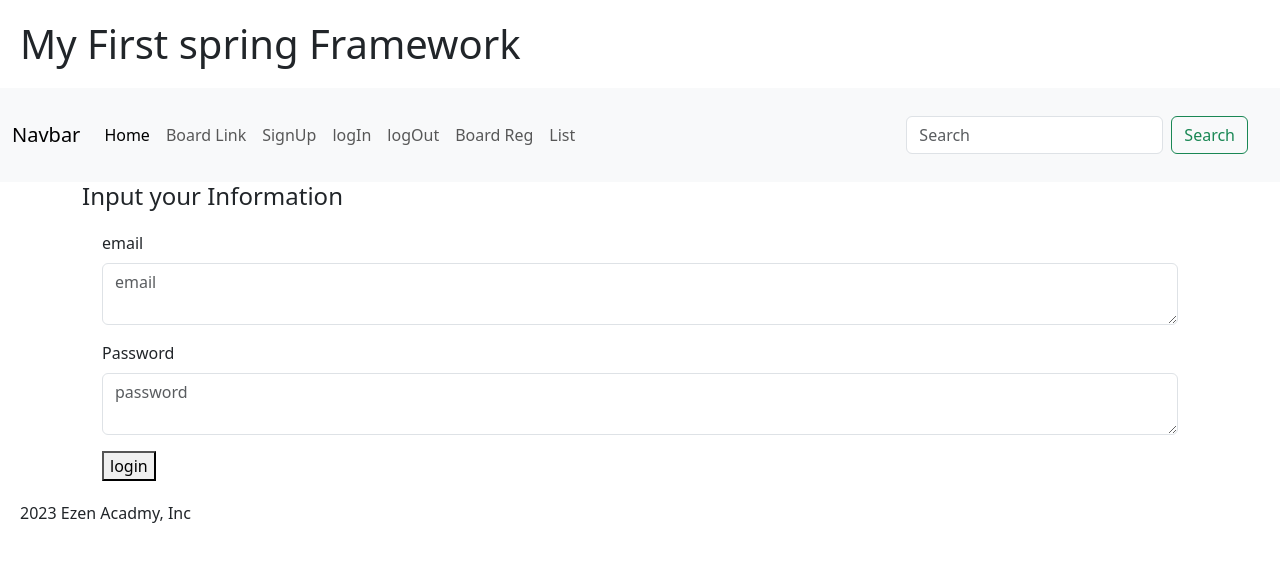
Repository: fbsrb458/link
Page: http://localhost/springProject/WEB-INF/views/member/login.jsp
The author's editor kept a copy of each file at every save. The page is drawn from the files as they stood at one save, then again after the next save.
The browser window is 1280 px wide. The pictures show the whole page.
The page is served by Tomcat 9. Nobody is signed in. The template is opened directly, without the code that normally fills it, so the values that code supplies are empty.

Above is the page before, as saved 2023-10-27 12:16:42.

After the next save:
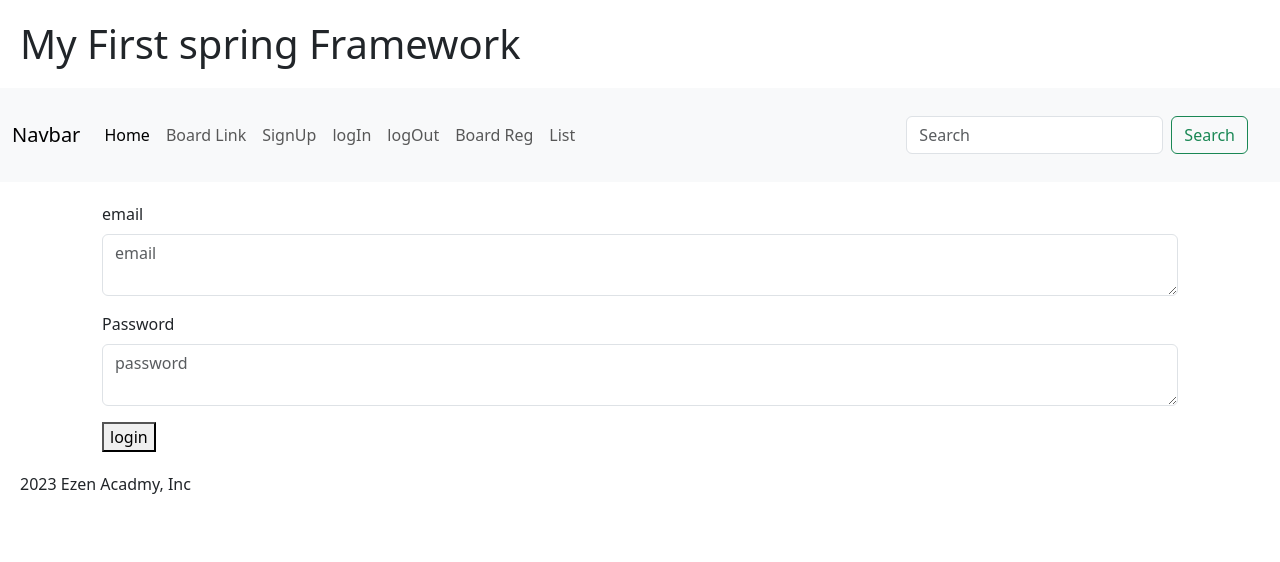
Saved 83 s later.
--- a/springProject/src/main/webapp/WEB-INF/views/member/login.jsp
+++ b/springProject/src/main/webapp/WEB-INF/views/member/login.jsp
@@ -12,7 +12,6 @@
 <jsp:include page="../common/header.jsp" />
 <jsp:include page="../common/nav.jsp" />
 <div class="container">
-<h4 class="mb-3">Input your Information</h4>
 <form action="/member/login" method="post" >
 		<div class="mb-3">
 		  <label for="e" class="form-label">email</label>
